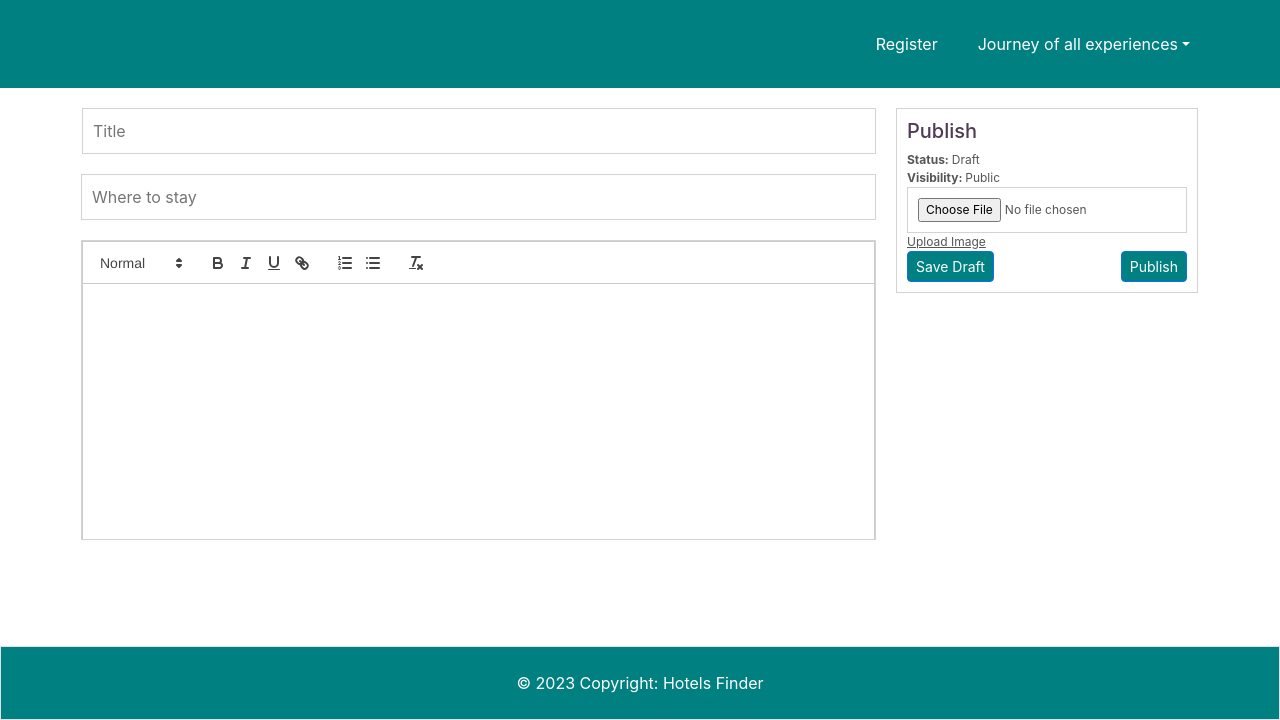
Repository: LolaSL/hotel-finder-and-blog
Page: /create (app in frontend/)
These files come from the project's save history. The page is drawn as it stood at one moment and after a run of saves; the edit follows.
The browser window is 1280 px wide. The pictures show the whole page.
The project was rebuilt for these pictures with package versions that can differ from the ones it lists, and the page was loaded fresh each time. Also part of the build but not shown: frontend/src/apis/HotelFinder.js, frontend/src/components/AddHotel.jsx, frontend/src/components/StarRating.jsx, frontend/src/components/HotelList.jsx, frontend/src/pages/Home.jsx, frontend/src/components/Reviews.jsx, frontend/src/components/AddReview.jsx, frontend/src/pages/HotelDetail.jsx and 11 more.

Above is the page before, as saved 2023-02-16 21:49:42.

After the next 5 saves:
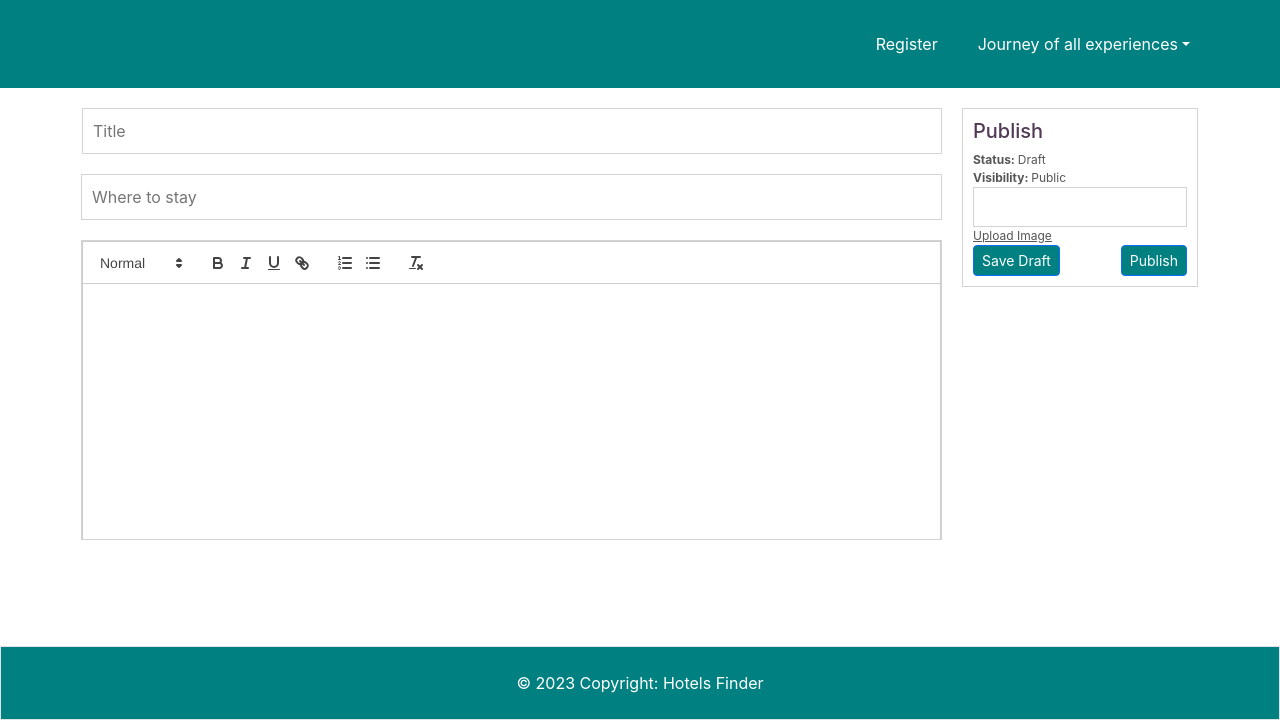
The 5 saves are shown as one change because they came seconds apart.
The last was saved 23 s later.
--- a/frontend/src/pages/Create.jsx
+++ b/frontend/src/pages/Create.jsx
@@ -15,7 +15,7 @@ const Create = () => {
     const { id } = params;
   const [value, setValue] = useState(id?.title || "");
   const [title, setTitle] = useState(id?.description || "");
-  const [file, setFile] = useState();
+  const [files, setFiles] = useState();
   const [where_to_stay, setWhereToStay] = useState(id?.where_to_stay || "");
   const navigate = useNavigate();
 
@@ -38,7 +38,7 @@ const Create = () => {
 const upload = async () => {
   try {
     const formData = new FormData();
-    formData.append("files", file);
+    formData.append("files", files);
     const res = await axios.post("/upload", formData);
     return res.data;
   } catch (err) {
@@ -59,7 +59,7 @@ const upload = async () => {
             where_to_stay,
             description: value,
 
-            image_url1: file ? imgUrl : "",
+            image_url1: files ? imgUrl : "",
           })
         : await axios.post(`http://localhost:8090/api/v1/places`,
           {
@@ -67,7 +67,7 @@ const upload = async () => {
             where_to_stay,
             description: value,
 
-            image_url1: file ? imgUrl : "",
+            image_url1: files ? imgUrl : "",
 
             created_at: moment(Date.now()).format("YYYY-MM-DD"),
           });
@@ -110,10 +110,10 @@ const upload = async () => {
             <b>Visibility: </b> Public
           </span>
           <input
-            type="file"
-            id="file"
-            name="file"
-            onChange={(e) => setFile(e.target.file[0])}
+            type="files"
+            id="files"
+            name="files"
+            onChange={(e) => setFiles(e.target.files[0])}
           />
           <label className="file" htmlFor="file">
             Upload Image
